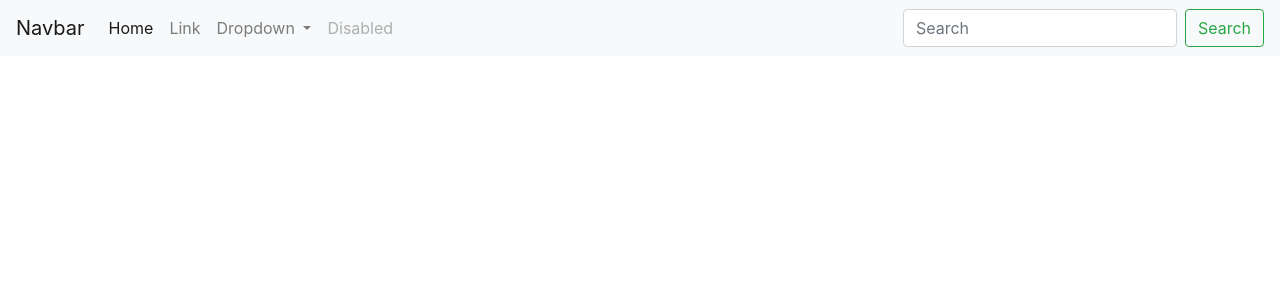
Repository: muhdarifrawi/personal-practice-bootstrap-linear
Page: index.html
The author's editor kept a record of every edit. The page is drawn from the files as they stood at one moment, then again after the next edit.
The browser window is 1280 px wide. The pictures show the whole page.

Above is the page before.

After the next edit:
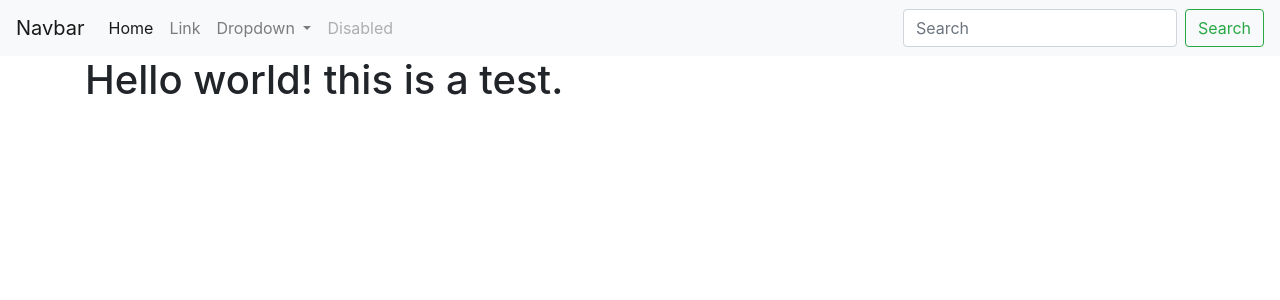
The edit:
--- a/index.html
+++ b/index.html
@@ -48,6 +48,11 @@
     </form>
   </div>
 </nav>
+      <!-- navbar ends here -->
+
+        <div class="container">
+        <h1> Hello world! this is a test.</h1>
+
 
     <!-- Optional JavaScript -->
     <!-- jQuery first, then Popper.js, then Bootstrap JS -->
